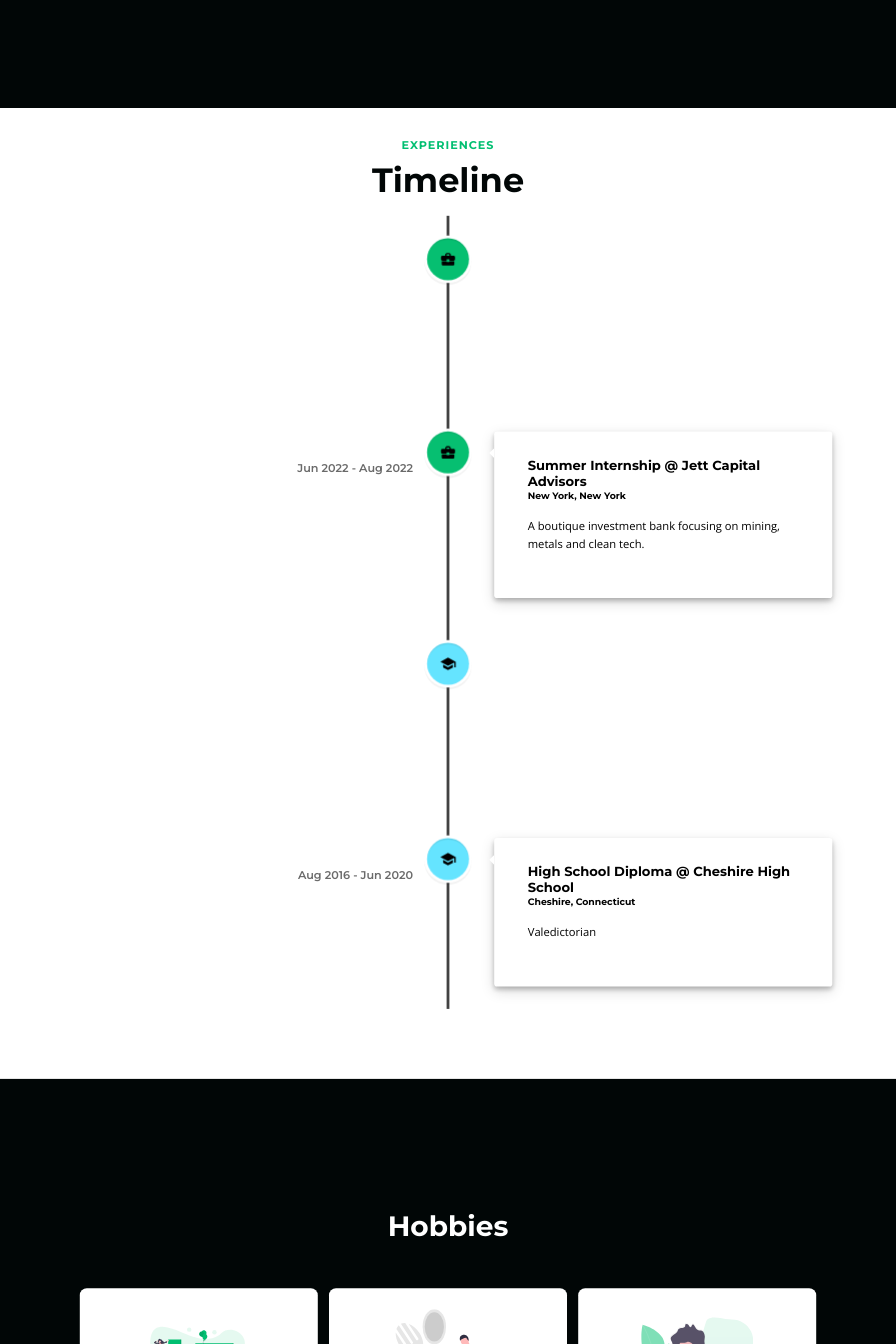
Repository: icer6683/Website
Page: /
These files come from the project's save history. The page is drawn as it stood at one moment and after the next save; the edit follows.
The browser window is 1280 px wide. The pictures show the part of the page from y = 2446 to 4366 px (the page is 5393 px tall), at 70% of full size.
The project was rebuilt for these pictures with package versions that can differ from the ones it lists, and the page was loaded fresh each time. Also part of the build but not shown: src/Components/ContactMe/ContactMeElements.js, src/Components/ContactMe/index.js, src/Pages/contactme.js. Imported but missing from the stored project, and not drawn on this page: src/Video/video.mp4.

Above is the page before, as saved 2025-01-24 23:34:18.

After the next save:
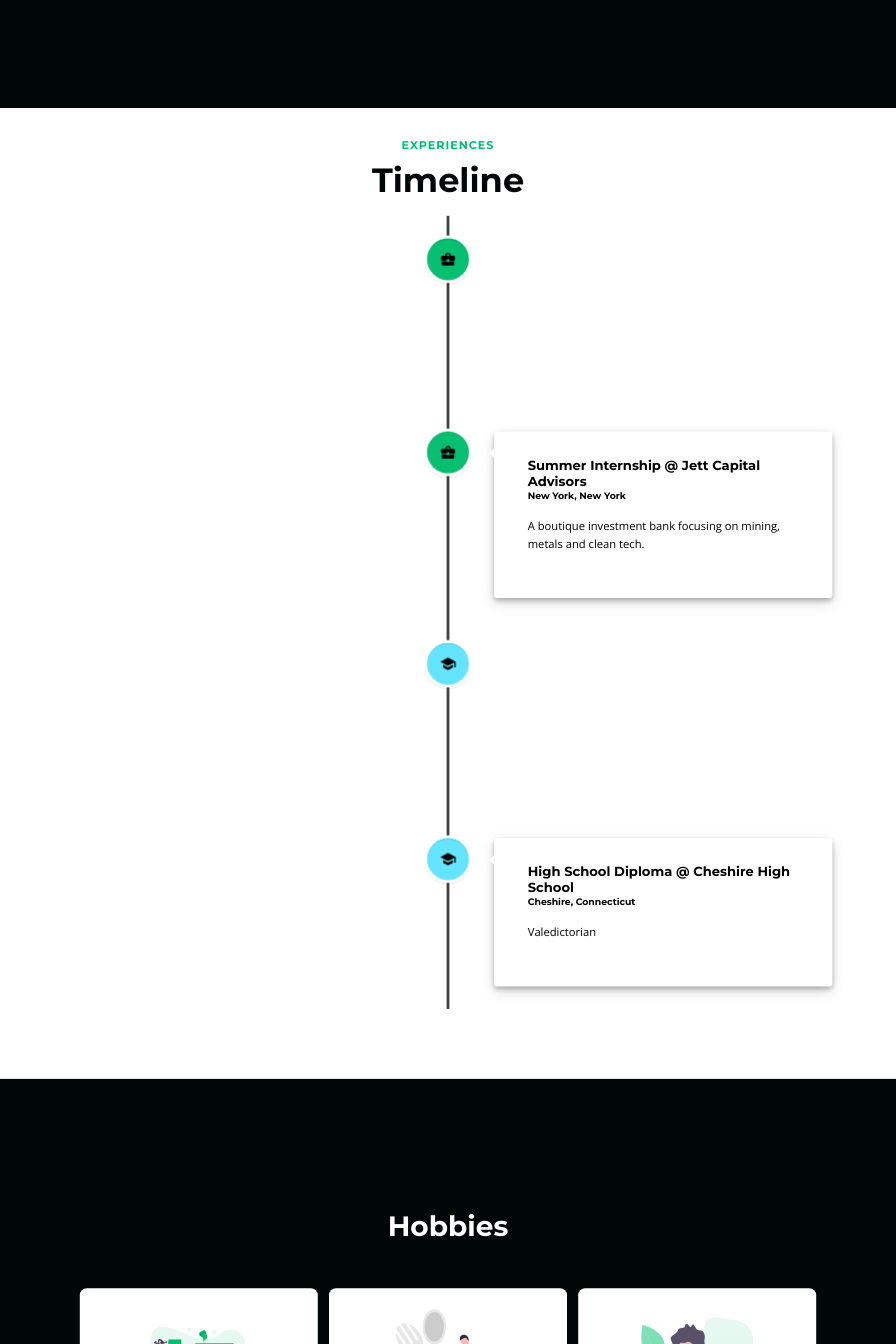
Saved 5 min 25 s later.
--- a/src/Components/Timeline/TimelineElements.js
+++ b/src/Components/Timeline/TimelineElements.js
@@ -6,7 +6,6 @@ let TimelineElements = [
         title: "Summer Internship @ Guggenheim Securities",
         location: "New York, New York",
         description: "In the Restructuring Advisory Group",
-        date: "Jun 2023 - Aug 2023",
         icon: "work",
     },
     {
@@ -14,7 +13,6 @@ let TimelineElements = [
         title: "Summer Internship @ Jett Capital Advisors",
         location: "New York, New York",
         description: "A boutique investment bank focusing on mining, metals and clean tech. ",
-        date: "Jun 2022 - Aug 2022",
         icon: "work",
     },
     {
@@ -22,7 +20,6 @@ let TimelineElements = [
         title: "Started at Wharton",
         location: "Philadelphia, Pennsylvania",
         description: "Dual degree in Finance/Statistics and Computer Science",
-        date: "Aug 2021",
         icon: "school",
     },
     {
@@ -30,7 +27,6 @@ let TimelineElements = [
         title: "High School Diploma @ Cheshire High School",
         location: "Cheshire, Connecticut",
         description: "Valedictorian",
-        date: "Aug 2016 - Jun 2020",
         icon: "school",
     },
 ];
